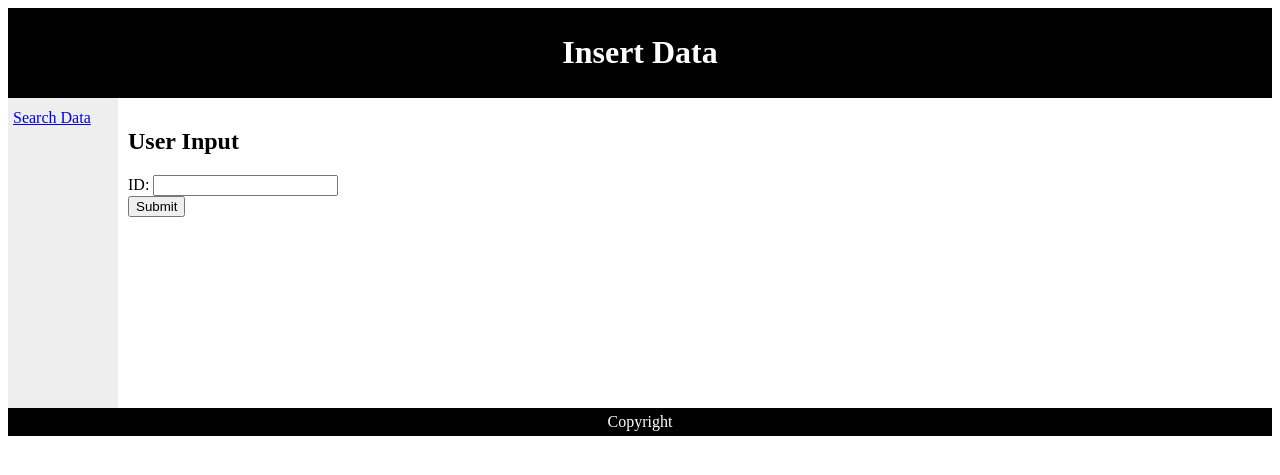
Repository: CamdenMurphy/workspace4830-intro-to-software-engineering
Page: techExercise/techExercise-Murphy/src/main/webapp/delete_murphy.html
The author's editor kept a copy of each file at every save. The page is drawn from the files as they stood at one save, then again after the next save.
The browser window is 1280 px wide. The pictures show the whole page.

Above is the page before, as saved 2023-10-12 05:08:09.

After the next save:
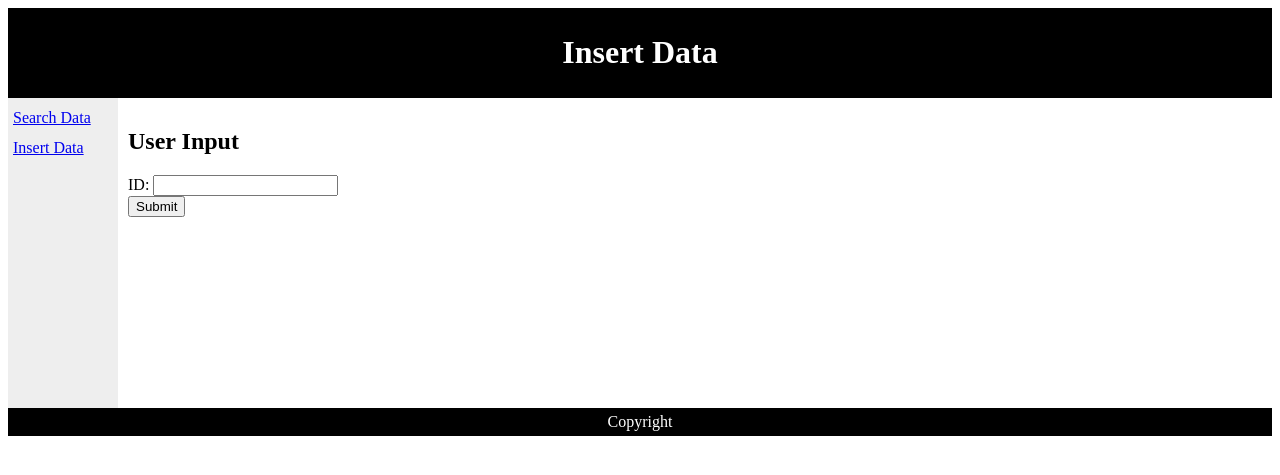
Saved 54 s later.
--- a/techExercise/techExercise-Murphy/src/main/webapp/delete_murphy.html
+++ b/techExercise/techExercise-Murphy/src/main/webapp/delete_murphy.html
@@ -37,6 +37,7 @@ footer {
 
 <nav>
 <a href="/webproject-ex-0907-murphy/search_murphy.html">Search Data</a> <br>
+<a href="/webproject-ex-0907-murphy/insert_murphy.html">Insert Data</a> <br>
 </nav>
 
 <section>
